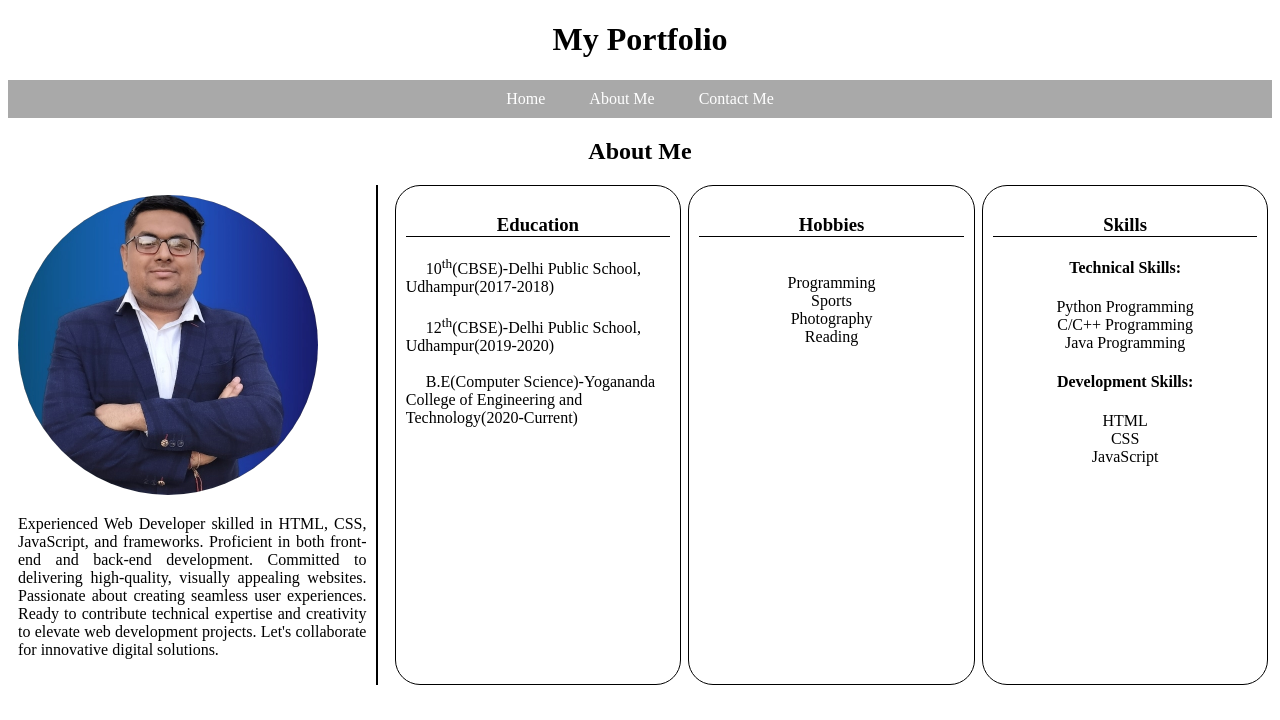
Repository: harshitanthal1/my_portfolio
Page: aboutme.html
An editor plug-in stored every save of this project. The page is shown before and after the next save, followed by the edit.
The browser window is 1280 px wide. The pictures show the whole page.

Above is the page before, as saved 2024-02-04 10:29:10.

After the next save:
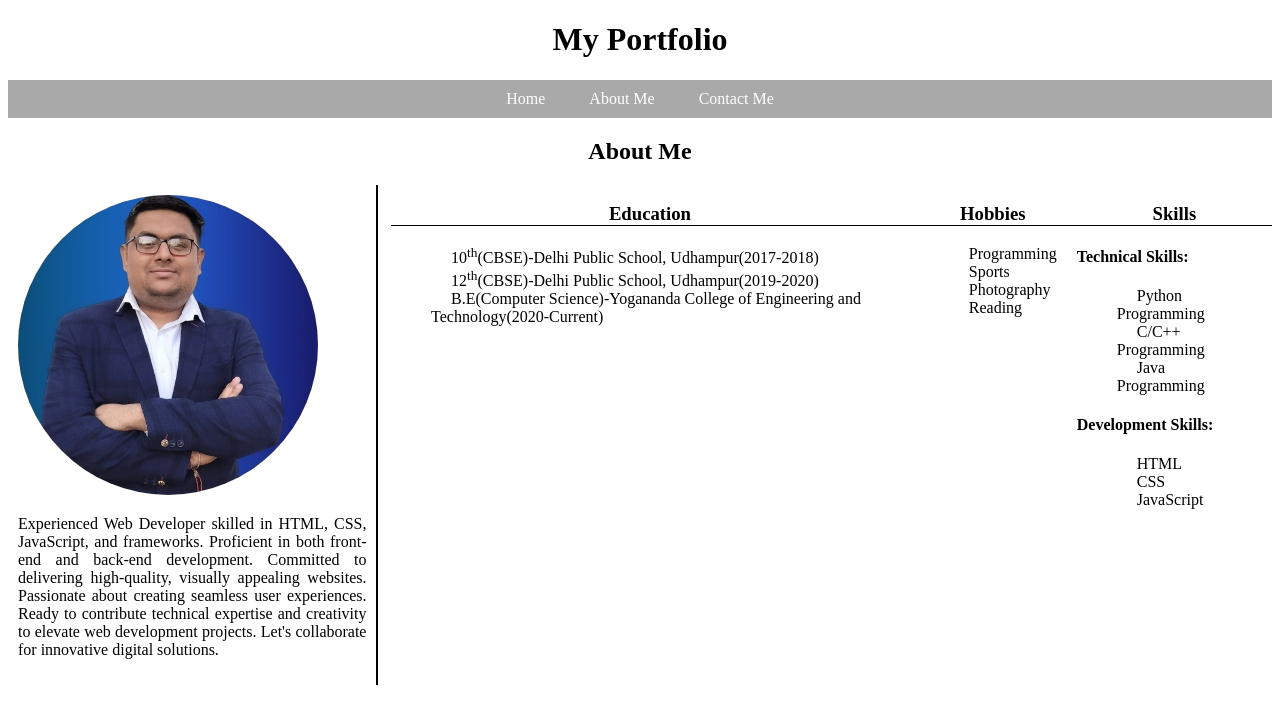
Saved 4 min 16 s later.
--- a/aboutme.html
+++ b/aboutme.html
@@ -22,33 +22,38 @@
         </p>
         </div>
     <div id="info">
-        <div class="sub-box1">
+        <div class="sub-box">
             <h3>Education</h3>
-            <li>10<sup>th</sup>(CBSE)-Delhi Public School, Udhampur(2017-2018)</li>
-            <br/>
-            <br/>
-            <li>12<sup>th</sup>(CBSE)-Delhi Public School, Udhampur(2019-2020)</li>
-            <br />
-            <br/>
-            <li>B.E(Computer Science)-Yogananda College of Engineering and Technology(2020-Current)</li>
+            <ul>
+              <li>10<sup>th</sup>(CBSE)-Delhi Public School, Udhampur(2017-2018)</li>
+              <li>12<sup>th</sup>(CBSE)-Delhi Public School, Udhampur(2019-2020)</li>
+              <li>B.E(Computer Science)-Yogananda College of Engineering and Technology(2020-Current)</li>
+            </ul>
+
         </div>
-        <div class="sub-box2">
-            <h3>Hobbies</h3><br />
-            <li>Programming</li><br />
-            <li>Sports</li><br />
-            <li>Photography</li><br />
-            <li>Reading</li><br />
+        <div class="sub-box">
+            <h3>Hobbies</h3>
+           <ul>
+            <li>Programming</li>
+            <li>Sports</li>
+            <li>Photography</li>
+            <li>Reading</li>
+           </ul>
         </div>
-        <div class="sub-box2">
+        <div class="sub-box">
             <h3>Skills</h3>
             <h4>Technical Skills:</h4>
-            <li>Python Programming</li><br />
-            <li>C/C++ Programming</li><br />
-            <li>Java Programming</li><br />
+            <ul>
+              <li>Python Programming</li>
+              <li>C/C++ Programming</li>
+              <li>Java Programming</li>
+            </ul>
             <h4>Development Skills:</h4>
-            <li>HTML</li><br />
-            <li>CSS</li><br />
-            <li>JavaScript</li><br />
+            <ul>
+              <li>HTML</li>
+              <li>CSS</li>
+              <li>JavaScript</li>
+            </ul>
         </div>
     </div>
     </main>
